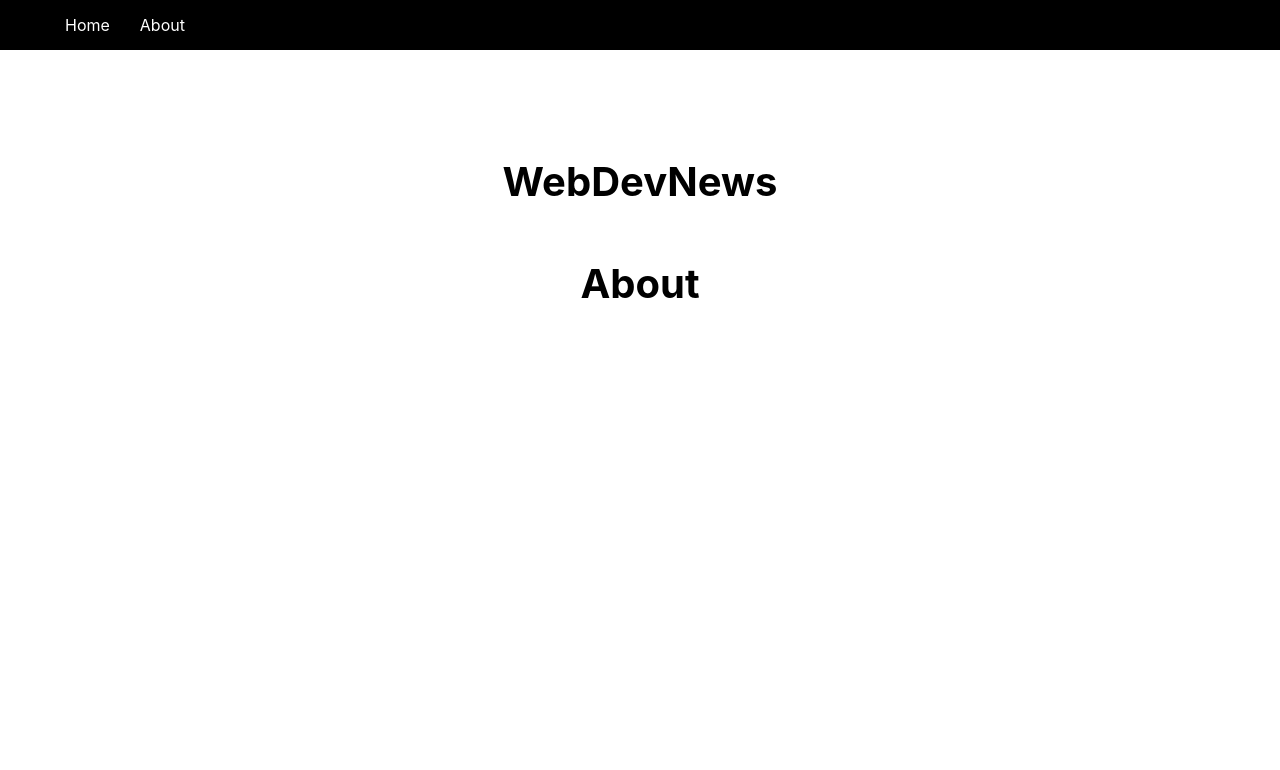
Repository: jasmina94/first-next-app
Page: /about
An editor plug-in stored every save of this project. The page is shown before and after a run of saves, followed by the edit.
The browser window is 1280 px wide. The pictures show the whole page.
The project was rebuilt for these pictures with package versions that can differ from the ones it lists, and the page was loaded fresh each time. Some packages were replaced by stand-ins written for this rebuild. The framework's server and built-in components were replaced by stand-ins that run in the browser. Also part of the build but not shown: next.config.js, styles/Header.module.css.

Above is the page before, as saved 2021-07-23 16:39:06.

### pages/_app.js
import Layout from '../components/Layout';
import '../styles/globals.css'

//Wrapper about all Page components
function MyApp({ Component, pageProps }) {
  return (
    <Layout>
      <Component {...pageProps} />
    </Layout>
  )
}

export default MyApp

### pages/about.js
import Head from 'next/head'

const about = () => {
    return (
        <div>
            <Head>
                <title>About</title>
                <meta name='keywords' />
            </Head>
            <h1>About</h1>
        </div>
    )
}

export default about;

### components/Layout.js
import Nav from './Nav';
import Header from './Header';
import styles from '../styles/Layout.module.css';

const Layout = ({ children }) => {
    return (
        <>
            <Nav />
            <div className={styles.container}>
                <main className={styles.main}>
                    <Header/>
                    {children}
                </main>
            </div>
        </>
    )
}

export default Layout;

### components/Nav.js
import navStyles from '../styles/Nav.module.css';
import Link from 'next/link';

const Nav = () => {
    return (
        <nav className={navStyles.nav}>
            <ul>
                <li>
                    <Link href='/'>Home</Link>
                </li>
                <li>
                    <Link href='/'>About</Link>
                </li>
            </ul>
        </nav>
    )
}

export default Nav;

### components/Header.js
import headerStyles from '../styles/Header.module.css';

const Header = () => {
    const x = 2
    return (
        <div>
            <h1 className='title'>
                <span>WebDev</span>News
            </h1>
            <style jsx>

            </style>
        </div>
    )
}

export default Header;

Loaded but not shown: styles/globals.css (common file); styles/Layout.module.css (common file); styles/Nav.module.css (common file)

After the next 2 saves:
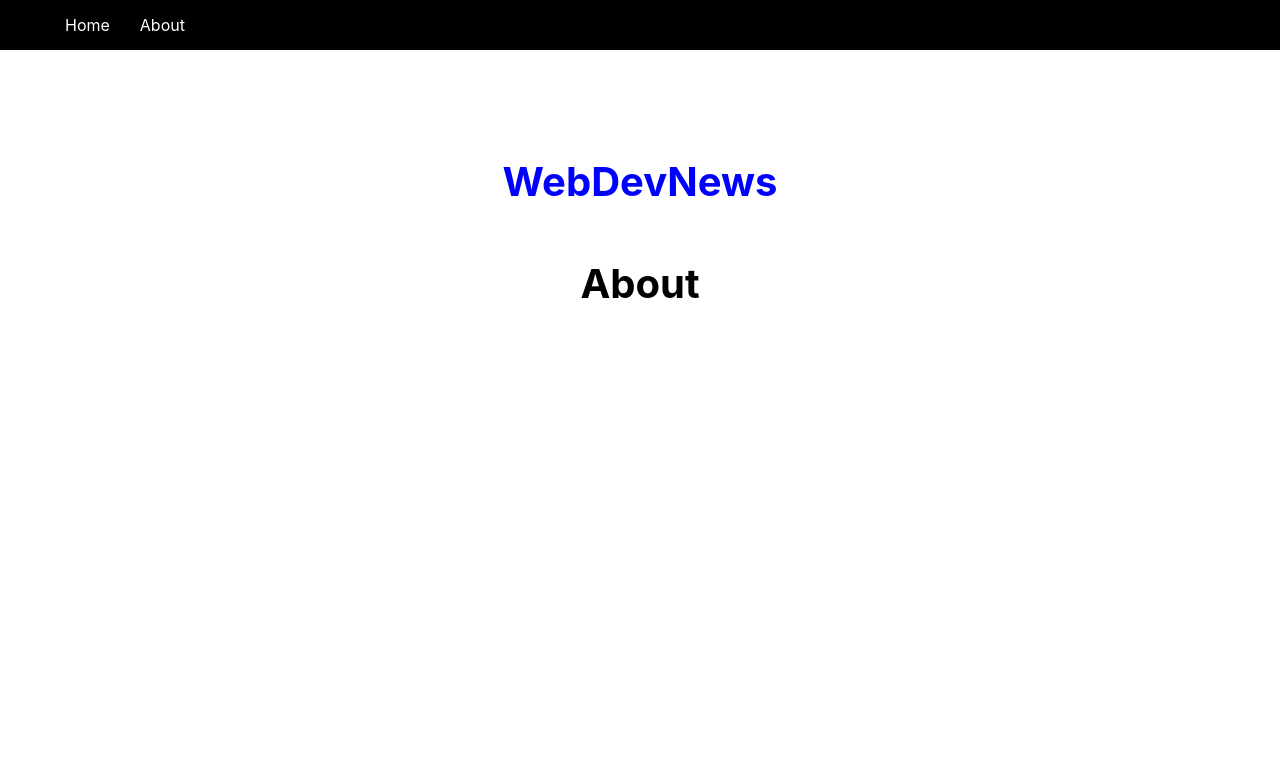
The 2 saves are shown as one change because they came seconds apart.
The last was saved 49 s later.
--- a/components/Header.js
+++ b/components/Header.js
@@ -8,7 +8,12 @@
                 <span>WebDev</span>News
             </h1>
             <style jsx>
-
+                {`
+                    .title {
+                        color: ${x > 3 ? 'red' : 'blue'};
+                    }
+                `
+                }
             </style>
         </div>
     )
